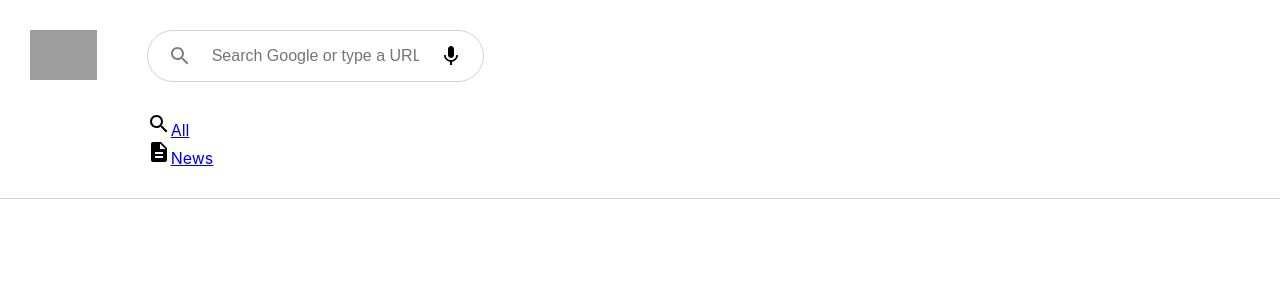
Repository: king-slayer97/google-clone
Page: /search
These files come from the project's save history. The page is drawn as it stood at one moment and after the next save; the edit follows.
The browser window is 1280 px wide. The pictures show the whole page.
Pictures or frames that could not be fetched are drawn as grey boxes. The project was rebuilt for these pictures with package versions that can differ from the ones it lists, and the page was loaded fresh each time. Also part of the build but not shown: src/screens/Home.css, src/components/Header.css, src/components/Header.js, src/screens/Home.js.

Above is the page before, as saved 2020-10-22 00:13:31.

### src/index.js
import React from 'react';
import ReactDOM from 'react-dom';
import './index.css';
import App from './App';
import {Provider} from 'react-redux';
import {createStore} from 'redux';
import appReducer from './redux/reducer'
import * as serviceWorker from './serviceWorker';

const store = createStore(appReducer)

ReactDOM.render(
  <Provider store={store}>
    <App />
  </Provider>,
  document.getElementById('root')
);

// If you want your app to work offline and load faster, you can change
// unregister() to register() below. Note this comes with some pitfalls.
// Learn more about service workers: https://bit.ly/CRA-PWA
serviceWorker.unregister();

### src/App.js
import React from "react";
import "./App.css";
import Home from "./screens/Home";
import SearchPage from "./screens/SearchPage"
import { BrowserRouter as Router, Route, Switch } from "react-router-dom";

function App() {
  return (
    <div className="app">
      <Router>
        <Switch>
          <Route path="/search">
            <SearchPage/>
            </Route>
          <Route path="/">
            <Home />
          </Route>
        </Switch>
      </Router>
    </div>
  );
}

export default App;

### src/redux/reducer.js
const INITIAL_STATE = {
    term:null,
};

export const actionTypes = {
    SET_SEARCH_TERMS: "SET_SEARCH_TERMS",
};

const reducer = (state = INITIAL_STATE, action) => {
    switch (action.type) {
        case actionTypes.SET_SEARCH_TERMS:
            return({...state, term: action.value})

        default:
            return state;
    }
}

export default reducer

### src/screens/SearchPage.js
import React from "react";
import "./SearchPage.css";
import { useSelector } from "react-redux";
import useGoogleSearch from "../useGoogleSearch";
import Response from "../responseJSON";
import { Link } from "react-router-dom";
import Search from '../components/Search'
import SearchIcon from '@material-ui/icons/Search';
import DescriptionIcon from '@material-ui/icons/Description';
import ImageIcon from '@material-ui/icons/Image';
import LocalOfferIcon from '@material-ui/icons/LocalOffer';
import RoomIcon from '@material-ui/icons/Room';
import MoreVertIcon from '@material-ui/icons/MoreVert';

const SearchPage = () => {
  const term = useSelector((store) => store.term);
  //LIVE API Call
  // const {data} = useGoogleSearch(term)
  const data = Response;
  console.log(data);
  return (
    <div className="searchPage">
      {/* <h1>{term}</h1> */}
      <div className="searchPage__header">
        <Link to="/">
          <img
            className="searchPage__logo"
            src="https://www.google.com/images/branding/googlelogo/2x/googlelogo_color_272x92dp.png"
            alt=""
          />
        </Link>
        <div className="searchPage__headerBody">
            <Search hideButtons/>
            <div className="searchPage__options">
                <div className="searchPage__optionsLeft">
                    <div className="searchPage__option">
                        <SearchIcon/>
                        <Link to="/all">All</Link>
                    </div>
                    <div className="searchPage__option">
                        <DescriptionIcon/>
                        <Link to="/news">News</Link>
                    </div>
                    <div className="searchPage__option">

                    </div>
                    <div className="searchPage__option">

                    </div>
                    <div className="searchPage__option">

                    </div>
                    <div className="searchPage__option">

                    </div>
                </div>
            </div>
        </div>
      </div>

      <div className="searchPage__results"></div>
    </div>
  );
};

export default SearchPage;

### src/components/Search.js
import React, { useState } from "react";
import SearchIcon from "@material-ui/icons/Search";
import MicIcon from "@material-ui/icons/Mic";
import { Button } from "@material-ui/core";
import { useHistory } from "react-router-dom";
import "./Search.css";
import { useDispatch } from "react-redux";
import { actionTypes } from "../redux/reducer";
import { useSelector } from "react-redux";

const Search = ({ hideButtons = false }) => {
  const [input, setInput] = useState("");
  const history = useHistory();
  const dispatch = useDispatch();
  const store = useSelector((store) => {return store});
  const search = (e) => {
    e.preventDefault();
    // console.log(input);
    dispatch({ type: actionTypes.SET_SEARCH_TERMS, value: input });
    console.log(store);
    history.push("/search");
  };
  return (
    <form className="search">
      <div className="search__input">
        <SearchIcon className="search__inputIcon" />
        <input
          type="text"
          placeholder="Search Google or type a URL"
          value={input}
          onChange={(e) => setInput(e.target.value)}
        />
        <MicIcon />
      </div>
      {!hideButtons ? (
        <div className="search__buttons">
          <Button type="submit" onClick={search} variant="outlined">
            Google Search
          </Button>
          <Button variant="outlined">I'm Feeling Lucky</Button>
        </div>
      ) : (
        <div className="search__buttons">
          <Button
            className="search__buttons__hidden"
            type="submit"
            onClick={search}
            variant="outlined"
          >
            Google Search
          </Button>
          <Button className="search__buttons__hidden" variant="outlined">
            I'm Feeling Lucky
          </Button>
        </div>
      )}
    </form>
  );
};

export default Search;

### src/screens/SearchPage.css
.searchPage__header{
    display: flex;
    /* align-items: center; */
    position: sticky;
    top: 0;
    z-index: 100;
    background-color: #fff;
    padding: 30px;
    border-bottom: 1px solid lightgray;
}

.searchPage__logo{
    object-fit: contain;
    height: 50px;
    /* padding: 15px; */
    margin-right: 50px;
}

.searchPage__headerBody > .search > .search__input{
    margin-top: 0;
    width: unset;
    margin: unset;
    max-width: unset;
}

### src/useGoogleSearch.js
import { useState, useEffect } from "react";
import API_KEY from "./keys";

const CONTEXT_KEY = "f6ef7f0474116a5ed";

const useGoogleSearch = (term) => {
  const [data, setData] = useState(null);
  useEffect(() => {
    const fetchData = async () => {
      fetch(
        `https://www.googleapis.com/customsearch/v1?key=${API_KEY}&cx=${CONTEXT_KEY}&q=${term}`
      )
      .then(response => response.json())
      .then(result => {
          setData(result)
      })
    };
    fetchData();
  }, [term]);
  return {data}

};

export default useGoogleSearch;

### src/components/Search.css

.search__input{
    display: flex;
    align-items: center;
    border: 1px solid lightgray;
    border-radius: 999px;
    padding: 10px 20px;
    height: 30px;
    width: 75vw;
    /* margin: 0 auto; */
    margin-top: 40px;
    max-width: 560px;
}

.search__input > input{
    border:none;
    flex: 1;
    outline-width: 0;
    font-size: medium;
    padding: 10px 20px;
}

.search__input > .search__inputIcon{
    color: gray;
}

.search__buttons{
    margin-top: 30px;
    display:flex;
    justify-content: center;
}

.search__buttons button{
    margin: 5px;
    background-color: #f8f8f8;
    border: 1px solid white;
    text-transform: inherit;
    padding: 7px 15px;
    color: #5f6368;
}

.search__buttons button:hover{
    color:#222;
    border: 1px solid #c6c6c6;
    box-shadow: 0 1px 1px rgba(0,0,0,0.1);
    /* background-image: -webkit-linear-gradient(top,#f8f8f8,#f1f1f1); */
}

.search__buttons__hidden{
    display: none !important;
}

### src/keys.js
export const API_KEY = 'AIzaSyAQd0alc01mj2yAhVlZIl41i7JQ_r10wIE';

export default API_KEY;

Loaded but not shown: public/index.html (common file); src/index.css (common file); src/serviceWorker.js (common file); src/App.css (common file); src/responseJSON.js (897 lines, source omitted)

After the next save:
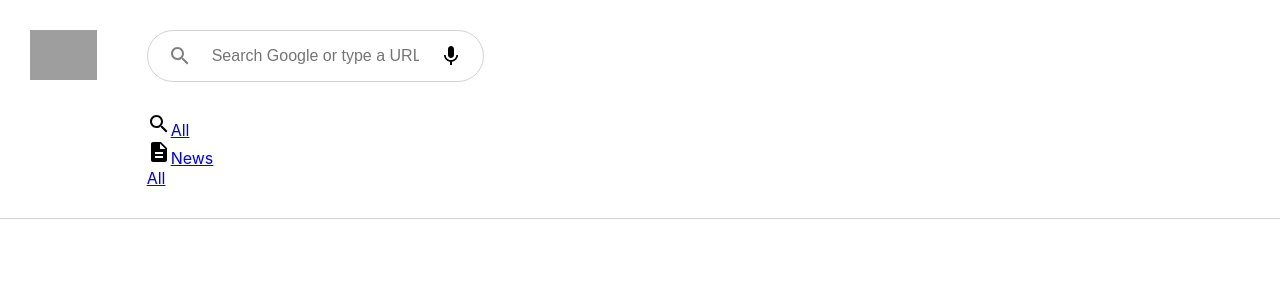
Saved 13 s later.
--- a/src/screens/SearchPage.js
+++ b/src/screens/SearchPage.js
@@ -42,6 +42,7 @@
                         <Link to="/news">News</Link>
                     </div>
                     <div className="searchPage__option">
+                    <Link to="/all">All</Link>
 
                     </div>
                     <div className="searchPage__option">
